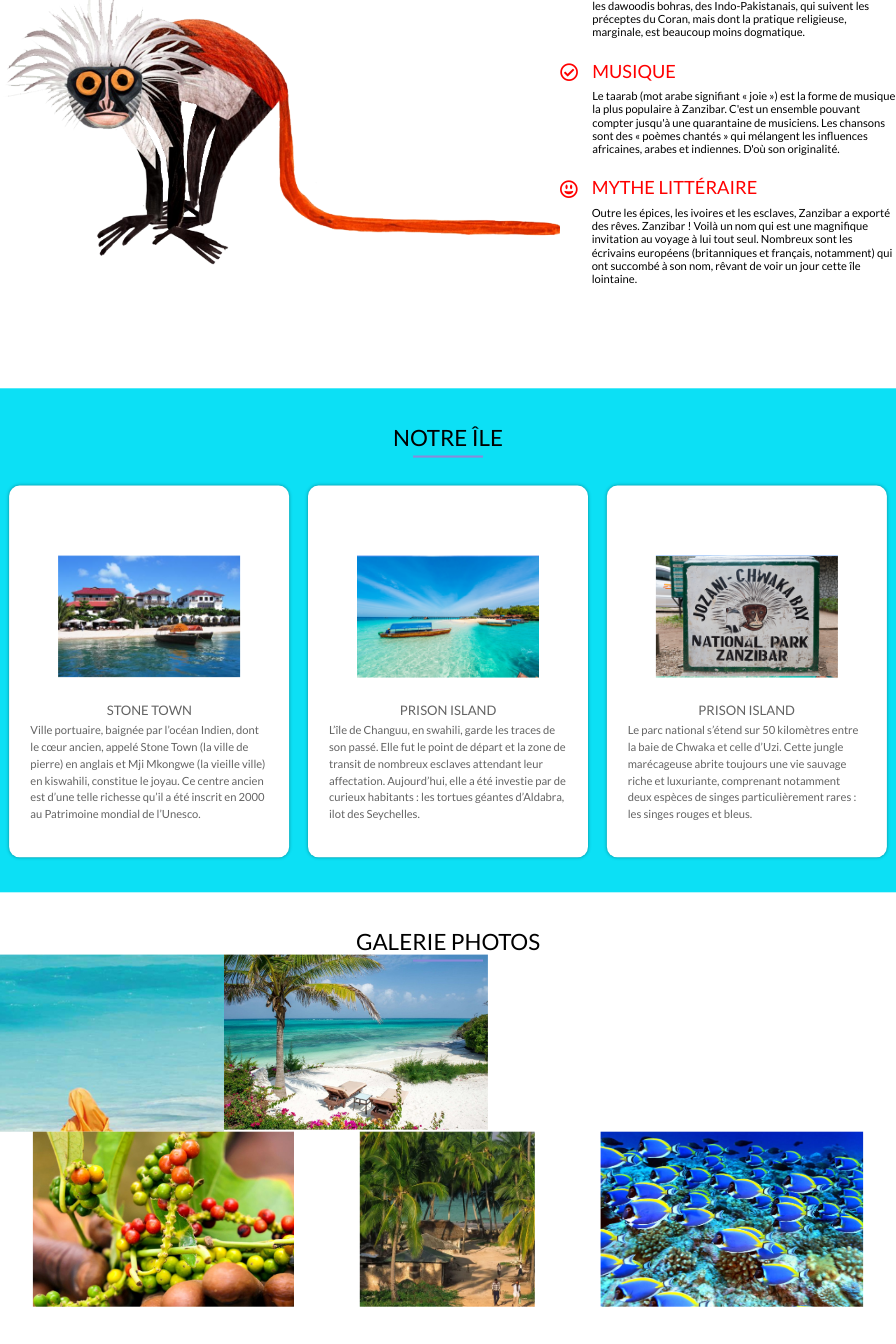
Repository: ypiard85/zanzibar
Page: index.html
An editor plug-in stored every save of this project. The page is shown before and after a run of saves, followed by the edit.
The browser window is 1280 px wide. The pictures show the part of the page from y = 1024 to 2944 px (the page is 2944 px tall), at 70% of full size.
Some web fonts or font styles are not loaded; a fallback is used.

Above is the page before, as saved 2021-03-01 11:14:53.

After the next 2 saves:
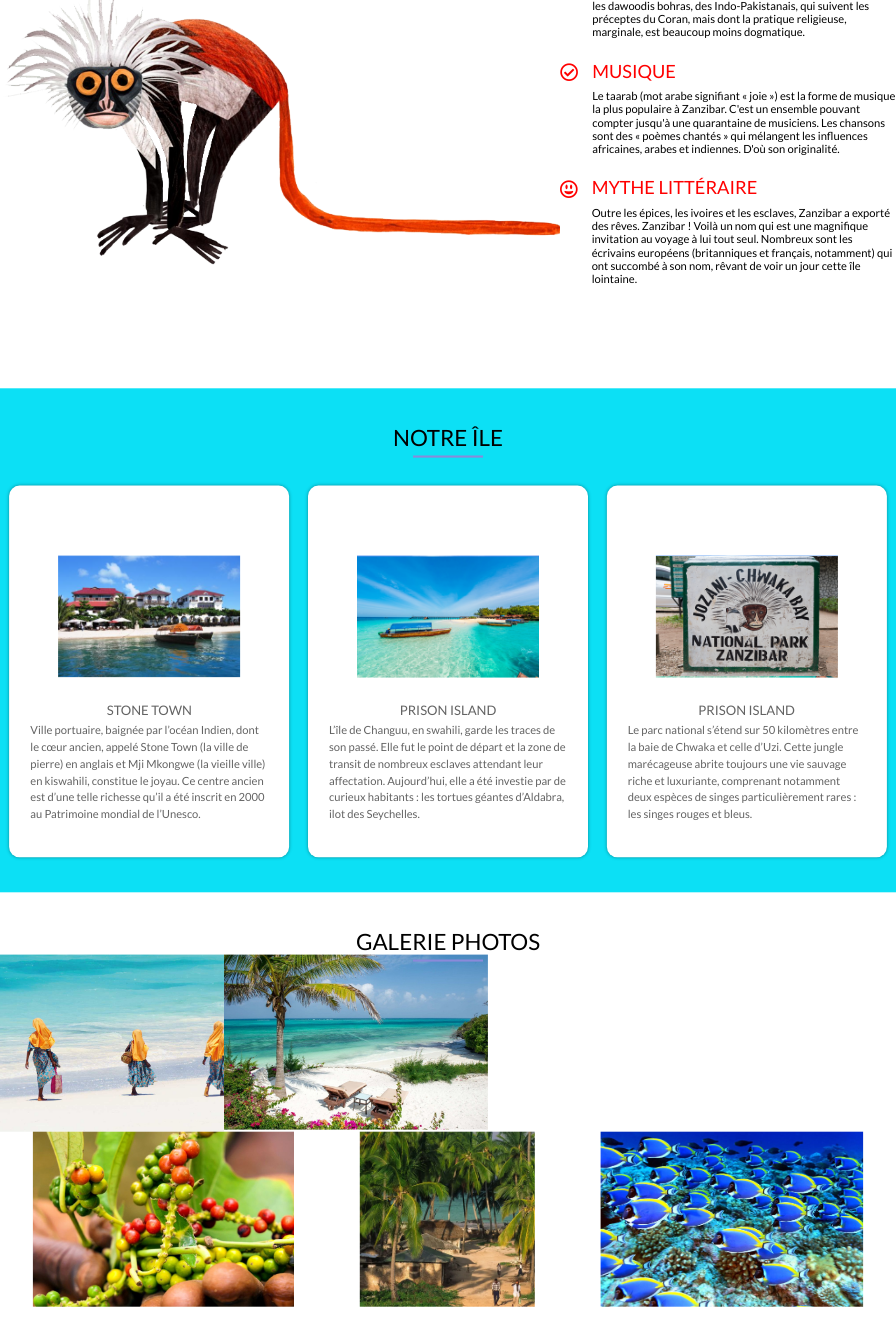
The 2 saves are shown as one change because they came seconds apart.
The last was saved 13 s later.
--- a/style.css
+++ b/style.css
@@ -214,7 +214,8 @@ section .title p {
 
 .img_top_left{
     width: 25%;
-    background-image: url('../galerie/femmes-zanzibar.jpg')
+    background-image: url('../galerie/femmes-zanzibar.jpg');
+    background-size: cover;
 }
 
 .img_top_right{
